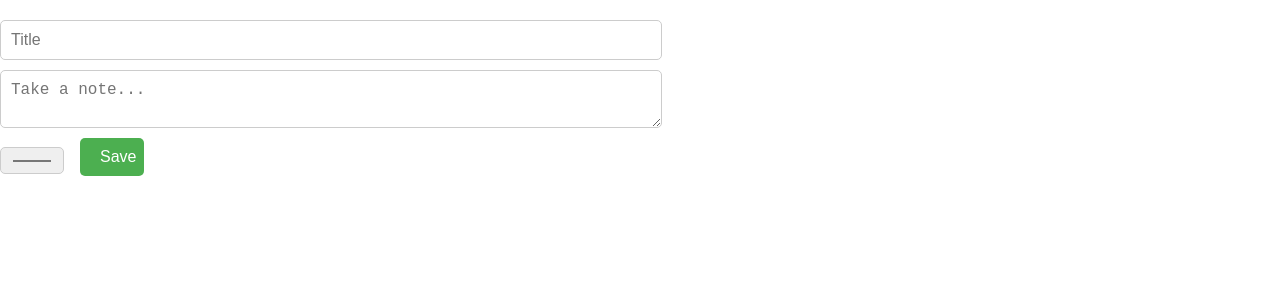
Repository: drumsmanku/google-keep-clone-1
Page: /
The author's editor kept a copy of each file at every save. The page is drawn from the files as they stood at one save, then again after the next save.
The browser window is 1280 px wide. The pictures show the whole page.
The project was rebuilt for these pictures with package versions that can differ from the ones it lists, and the page was loaded fresh each time. Also part of the build but not shown: src/Components/Note.css, src/Components/Note.js, src/App.css.

Above is the page before, as saved 2023-12-23 10:52:34.

### src/App.js
import React, { useState, useEffect } from 'react';
import NoteList from './Components/NoteList';
import NoteForm from './Components/NoteForm';
import './App.css'

function App() {
  // Load notes from local storage or set to empty array
  const [notes, setNotes] = useState(JSON.parse(localStorage.getItem('notes')) || []);

  useEffect(() => {
    // Save notes to local storage whenever notes state changes
    localStorage.setItem('notes', JSON.stringify(notes));
  }, [notes]);

  const createNote = (note) => {
    note.editTimestamp = Date.now(); // Add edit timestamp when creating a note
    setNotes([note, ...notes]);
  };


  const deleteNote = (id) => {
    const updatedNotes = notes.filter(note => note.id !== id);
    setNotes(updatedNotes);
  };

  const editNote = (id, updatedNote) => {
    console.log({"updated":updatedNote})
    setNotes((prevNotes) => {
      return prevNotes.map(note =>
        note.id === id ? { ...note, ...updatedNote } : note
      );
    });
  };


  return (
    <div>
      <NoteForm onSave={createNote} />
      <NoteList notes={notes} onDelete={deleteNote} onEdit={editNote}  />

    </div>
  );
}

export default App;

### src/Components/NoteList.js
import React from 'react';
import Note from './Note';
import './NoteList.css'

function NoteList({ notes, onDelete, onEdit }) {
  return (
    <div className="note-list">
      {notes.map((note) => (
       <Note
       key={note.id + (note.editTimestamp || '')}
       note={note}
       onDelete={() => onDelete(note.id)}
       onEdit={(updatedNote) => onEdit(note.id, updatedNote)}
     />

      ))}
    </div>
  );
}


export default NoteList;

### src/Components/NoteForm.js
import React, { useState } from 'react';
import './NoteForm.css'

function NoteForm({ onSave }) {
  const [title, setTitle] = useState('');
  const [content, setContent] = useState('');
  const [color, setColor] = useState('#FFFFFF');

  const handleSave = () => {
    if (title && content) {
      onSave({ id: Date.now(), title, content, color }); // Now save with color property
      setTitle('');
      setContent('');
      setColor('#FFFFFF'); // Reset color to default after saving
    }
  };

  return (
    <div className="note-form">
    <input
      type="text"
      value={title}
      onChange={(e) => setTitle(e.target.value)}
      placeholder="Title"
    />
    <textarea
      value={content}
      onChange={(e) => setContent(e.target.value)}
      placeholder="Take a note..."
    />
    <div>
      <input
        type="color"
        value={color}
        onChange={(e) => setColor(e.target.value)}
      />
      <button onClick={handleSave}>Save</button>
      </div>
  </div>
  );
}

export default NoteForm;

### src/Components/NoteList.css
.note-list {
  display: grid;
  grid-template-columns: repeat(auto-fill, minmax(250px, 1fr));
  gap: 20px;
}

### src/Components/NoteForm.css
.note-form {
  margin-top: 20px;
  display: flex;
  flex-direction: column;
}

.note-form input,
.note-form textarea {
  width: 50%;
  padding: 10px;
  margin-bottom: 10px;
  font-size: 16px;
  border: 1px solid #ccc;
  border-radius: 5px;
}

.note-form input[type='color']{
  width: 5%;
  padding: 10px;
  margin-bottom: 10px;
  font-size: 16px;
  border: 1px solid #ccc;
  border-radius: 5px;
  margin-right: 1rem;
}

.note-form button {
  width: 5%;
  padding: 10px 20px;
  font-size: 16px;
  border: none;
  border-radius: 5px;
  background-color: #4CAF50;
  color: white;
  cursor: pointer;
  transition: background-color 0.3s;
}

.note-form button:hover {
  background-color: #45a049;
}

Loaded but not shown: public/index.html (common file); src/index.js (common file); src/index.css (common file)

After the next save:
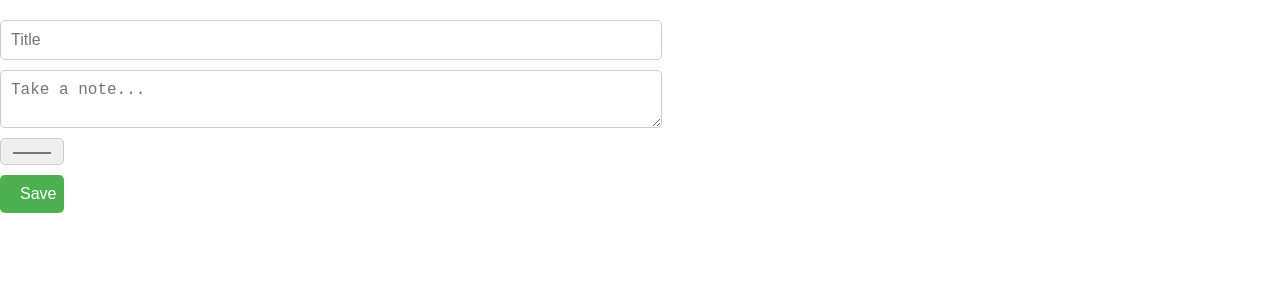
Saved 1 s later.
--- a/src/Components/NoteForm.js
+++ b/src/Components/NoteForm.js
@@ -1,42 +1,48 @@
+// NoteForm will handle the creation of new notes.
 import React, { useState } from 'react';
 import './NoteForm.css'
 
-function NoteForm({ onSave }) {
-  const [title, setTitle] = useState('');
-  const [content, setContent] = useState('');
-  const [color, setColor] = useState('#FFFFFF');
+function NoteForm({ onCreate }) {
+  const [newNote, setNewNote] = useState({
+    title: '',
+    content: '',
+    color: '#FFFFFF'
+  });
 
   const handleSave = () => {
-    if (title && content) {
-      onSave({ id: Date.now(), title, content, color }); // Now save with color property
-      setTitle('');
-      setContent('');
-      setColor('#FFFFFF'); // Reset color to default after saving
+    if (newNote.title && newNote.content) {
+      onCreate({ ...newNote, id: Date.now(), editTimestamp: Date.now() });
+      setNewNote({ title: '', content: '', color: '#FFFFFF' }); // Reset the form
     }
+  };
+
+  const handleChange = (e) => {
+    setNewNote({ ...newNote, [e.target.name]: e.target.value });
   };
 
   return (
     <div className="note-form">
-    <input
-      type="text"
-      value={title}
-      onChange={(e) => setTitle(e.target.value)}
-      placeholder="Title"
-    />
-    <textarea
-      value={content}
-      onChange={(e) => setContent(e.target.value)}
-      placeholder="Take a note..."
-    />
-    <div>
       <input
+        name="title"
+        type="text"
+        value={newNote.title}
+        onChange={handleChange}
+        placeholder="Title"
+      />
+      <textarea
+        name="content"
+        value={newNote.content}
+        onChange={handleChange}
+        placeholder="Take a note..."
+      />
+      <input
+        name="color"
         type="color"
-        value={color}
-        onChange={(e) => setColor(e.target.value)}
+        value={newNote.color}
+        onChange={handleChange}
       />
       <button onClick={handleSave}>Save</button>
-      </div>
-  </div>
+    </div>
   );
 }
 
